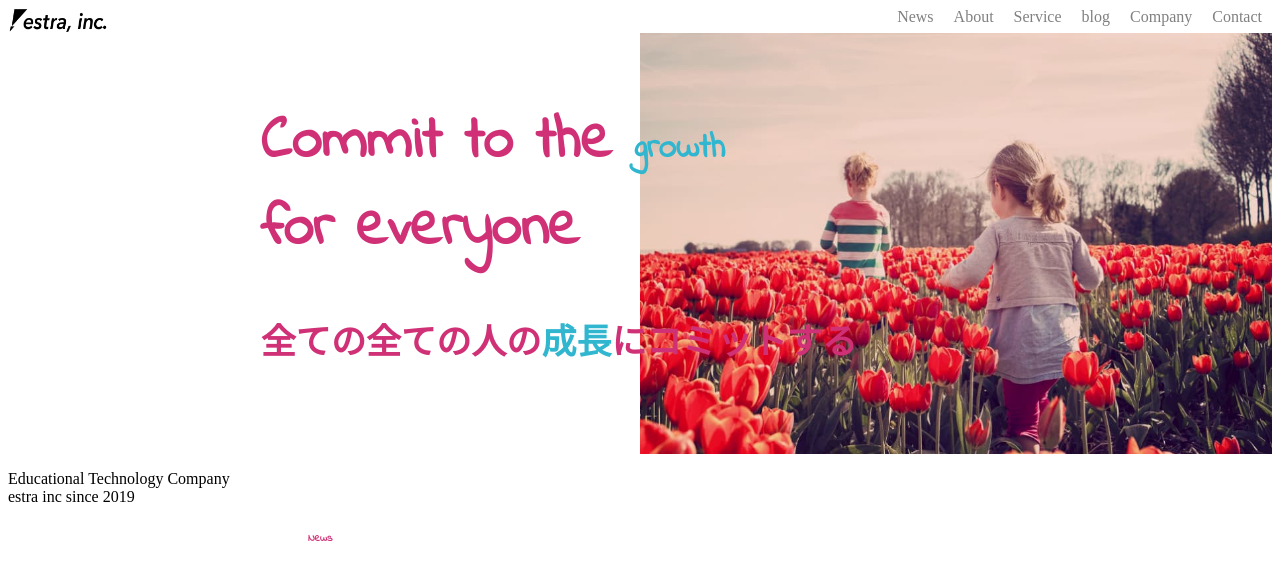
Repository: sigemasaasuka/20210902
Page: index.html
The author's editor kept a copy of each file at every save. The page is drawn from the files as they stood at one save, then again after a run of saves.
The browser window is 1280 px wide. The pictures show the whole page.

Above is the page before, as saved 2021-09-08 17:27:03.

After the next 2 saves:
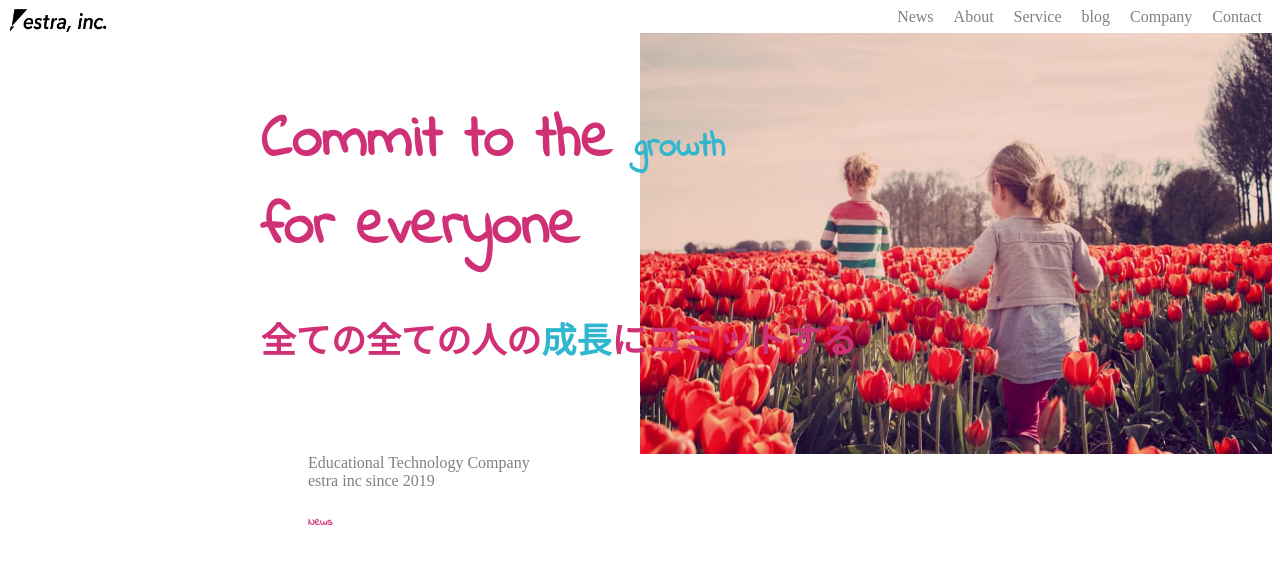
The 2 saves are shown as one change because they came seconds apart.
The last was saved 5 s later.
--- a/css/style.css
+++ b/css/style.css
@@ -43,7 +43,9 @@
   font-family: "Indie Flower", cursive;
 }
 
-.example-txt
+.example-txt {
+
+}
 
 .subtitle {
   margin: 0px 300px;
